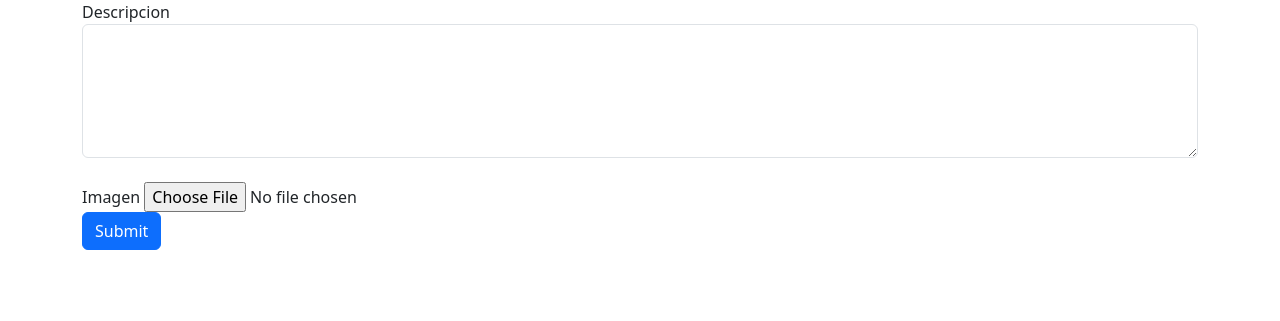
Repository: kevin-meza/pompeyo
Page: http://localhost/post/create
An editor plug-in stored every save of this project. The page is shown before and after the next save, followed by the edit.
The browser window is 1280 px wide. The pictures show the whole page.
The page is served by the project's Laravel application, run on PHP 8.4 with Laravel 10.

Above is the page before, as saved 2023-05-05 17:13:20.

After the next save:
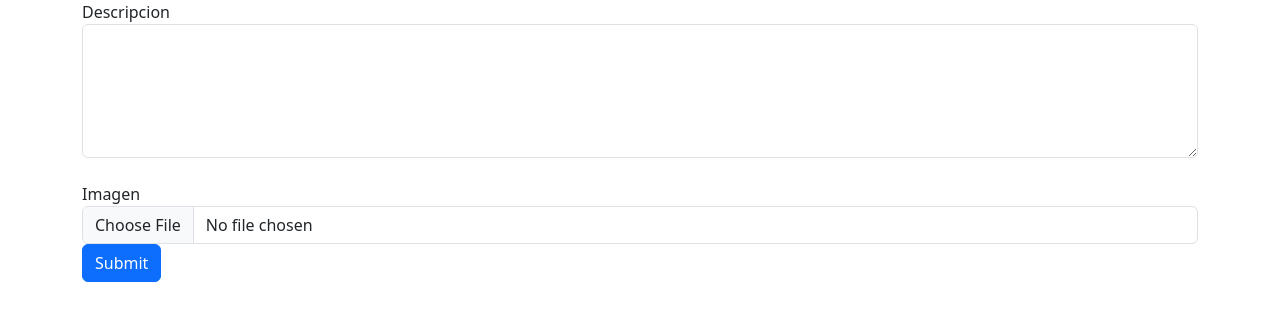
Saved 16 s later.
--- a/resources/views/post/form.blade.php
+++ b/resources/views/post/form.blade.php
@@ -18,7 +18,7 @@
         </div><br>
         <div class="form-group">
           <label for="exampleInputPassword1">Imagen</label>
-          <input type="file" name="imagen" id="imagen">
+          <input class="form-control" type="file" name="imagen" id="imagen">
         </div>
         {{-- <div class="form-check">
           <input type="checkbox" class="form-check-input" id="exampleCheck1">
